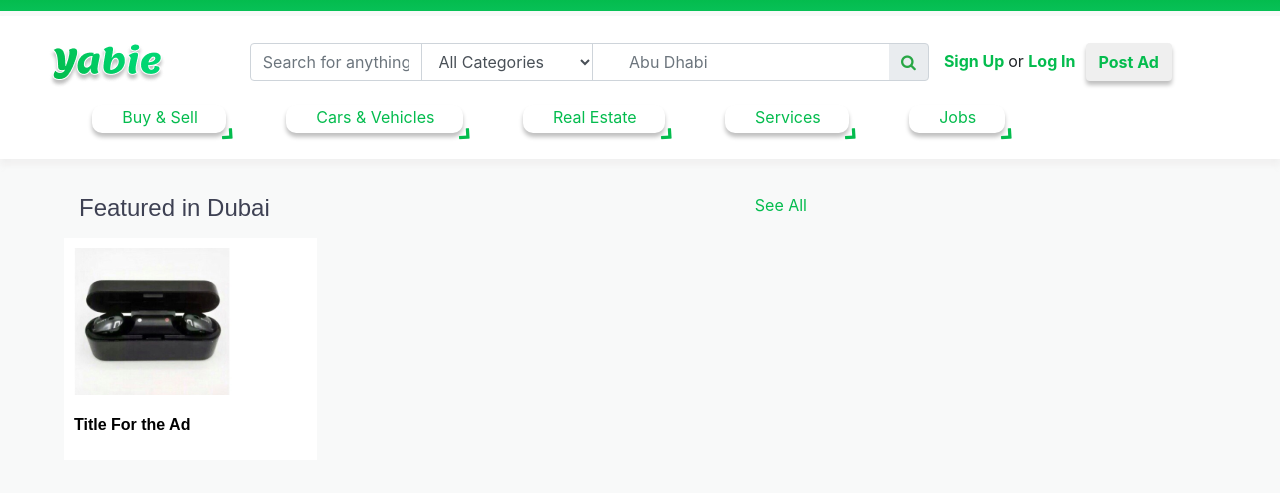
Repository: muazzamkha95/yabie
Page: homepage.html
An editor plug-in stored every save of this project. The page is shown before and after the next save, followed by the edit.
The browser window is 1280 px wide. The pictures show the whole page.

Above is the page before, as saved 2020-07-03 23:54:34.
Console error: TypeError: Cannot read properties of undefined (reading 'fn')

After the next save:
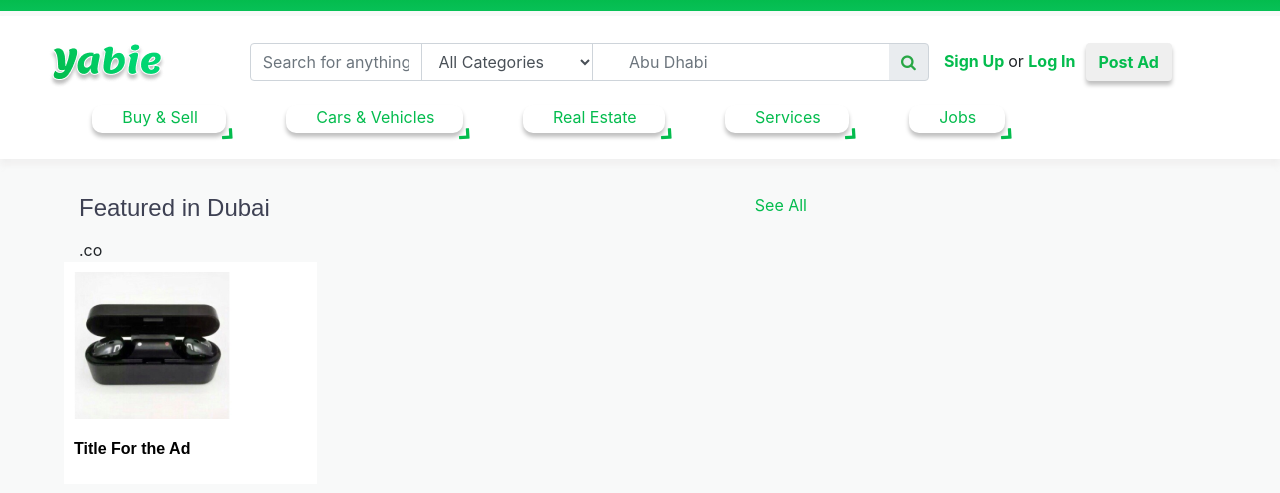
Saved 12 s later.
--- a/homepage.html
+++ b/homepage.html
@@ -74,6 +74,7 @@
                                 <p class="sectionSeeAll pull-right">See All</p>
                             </div>
                         </div>
+                        .co
                         <div class="row">
                             <div class="adcard col-md-4">
                                 <img src="images/product.png">

After the save that followed:
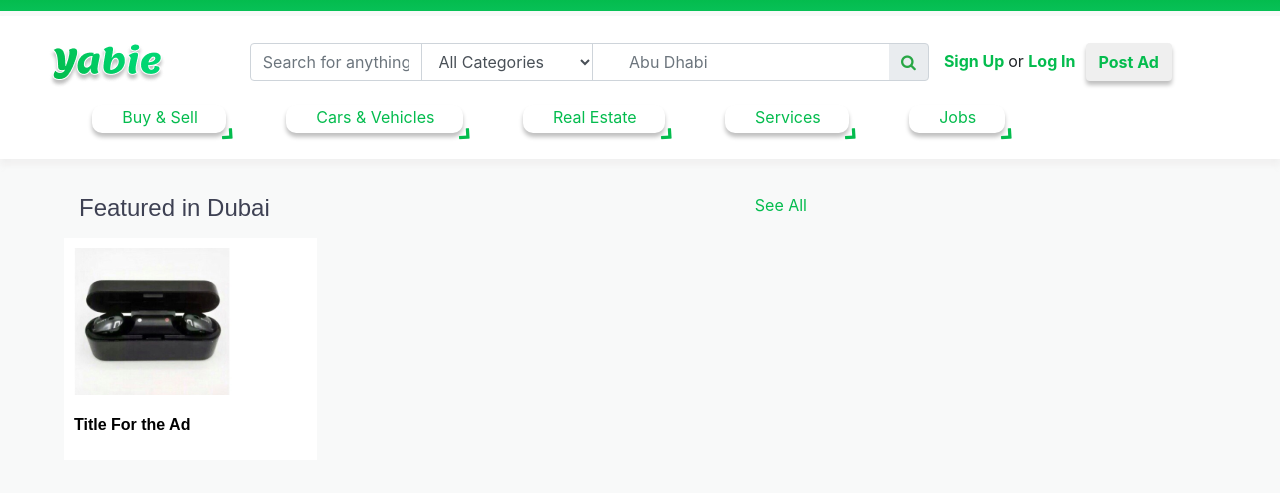
Saved 9 s later.
--- a/homepage.html
+++ b/homepage.html
@@ -74,7 +74,6 @@
                                 <p class="sectionSeeAll pull-right">See All</p>
                             </div>
                         </div>
-                        .co
                         <div class="row">
                             <div class="adcard col-md-4">
                                 <img src="images/product.png">
